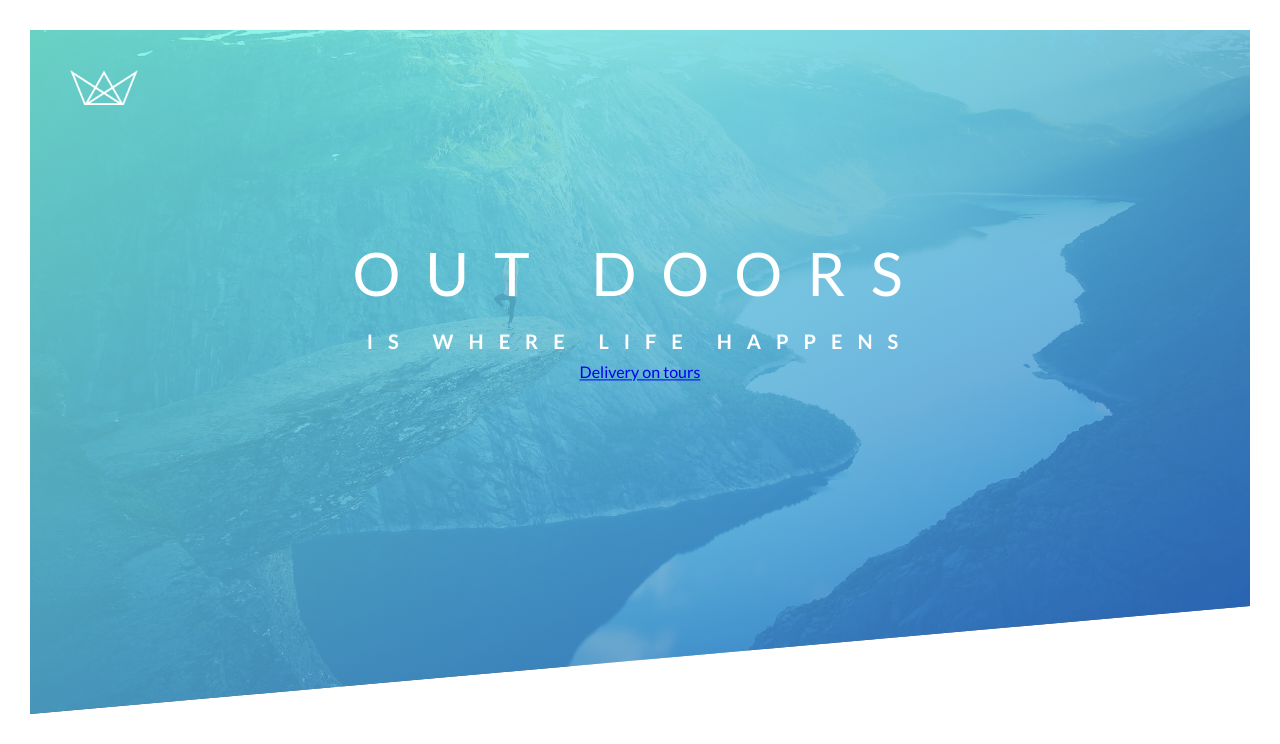
Repository: haokiet2501/natours-page
Page: index.html
An editor plug-in stored every save of this project. The page is shown before and after a run of saves, followed by the edit.
The browser window is 1280 px wide. The pictures show the whole page.

Above is the page before, as saved 2022-07-31 19:23:26.

After the next 3 saves:
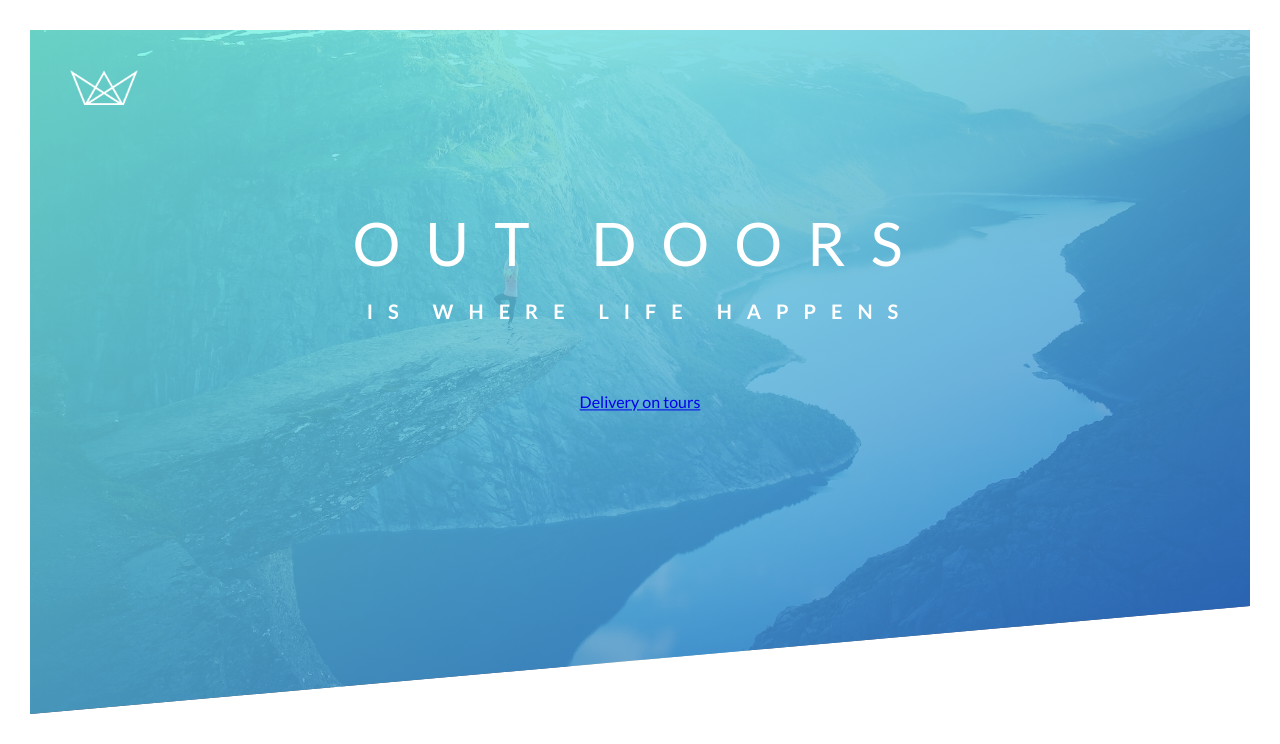
The 3 saves are shown as one change because they came seconds apart.
The last was saved 22 s later.
--- a/styles.css
+++ b/styles.css
@@ -60,6 +60,8 @@ html {
     color: #fff;
     text-transform: uppercase;
     backface-visibility: hidden;
+
+    margin-bottom: 60px;
 }
 
 .heading-subtitle {
